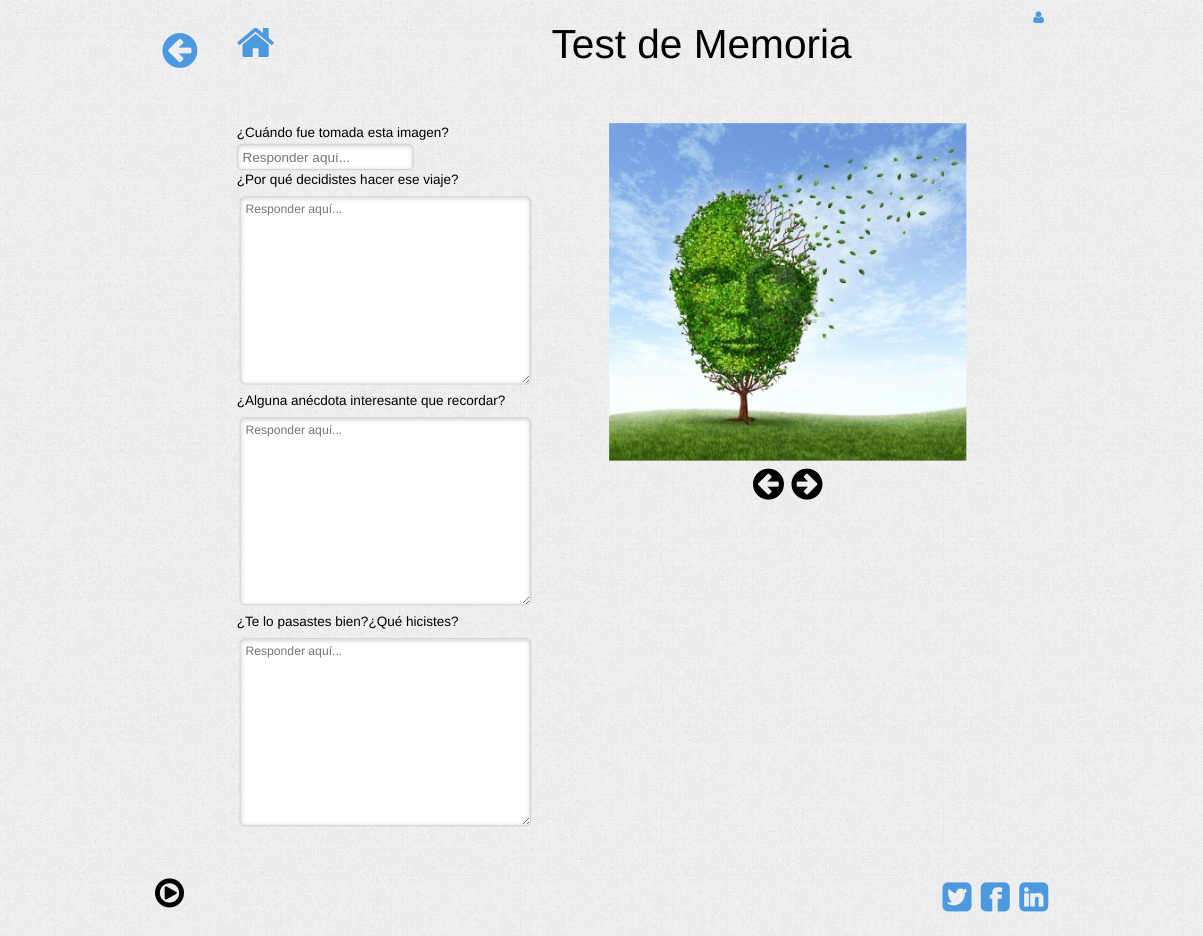
Repository: SCeruso/RememberMe
Page: testmemoria.html
The author's editor kept a record of every edit. The page is drawn from the files as they stood at one moment, then again after the next edit.
The browser window is 1280 px wide. The pictures show the whole page, at 94% of full size.
Some web libraries are served in a nearby version.

Above is the page before.

After the next edit:
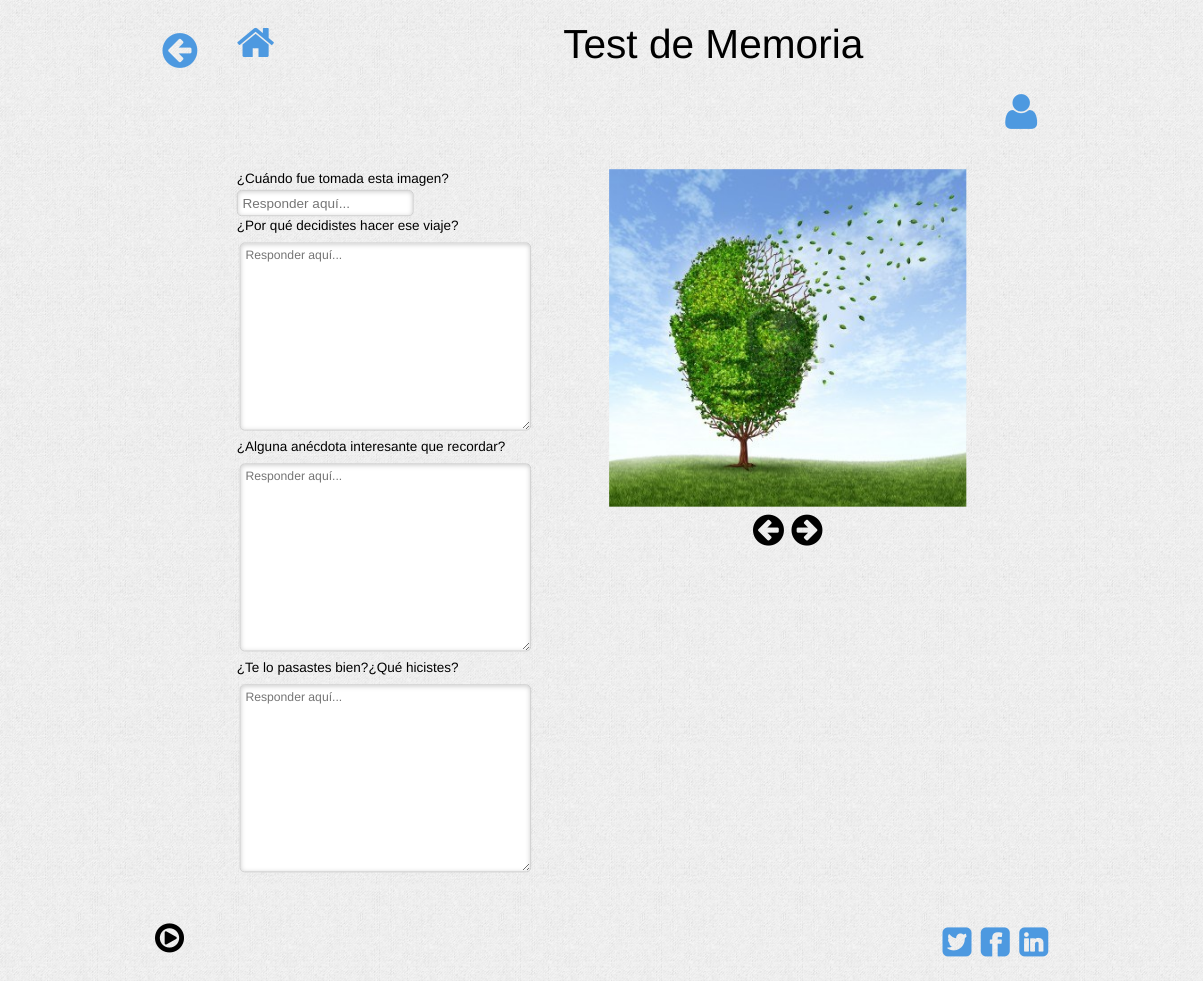
The edit:
--- a/testmemoria.html
+++ b/testmemoria.html
@@ -32,13 +32,14 @@
                     <i class="icon-home pull-left"></i>
                 </a>
         </div>
-		<a href = "perfil.html">
+        </h2>
+        <h2 class="center">
+               <p>Test de Memoria</p>
+        </h2>
+        <h2>
+        		<a href = "perfil.html">
                 <i class="icon-user icon-border pull-right" title="Mi perfil"></i>
 		</a>
-            </h2>
-             <h2 class="center">
-        	       <p>Test de Memoria</p>
-        	    </h2>
 		<br>
     </div>
 
